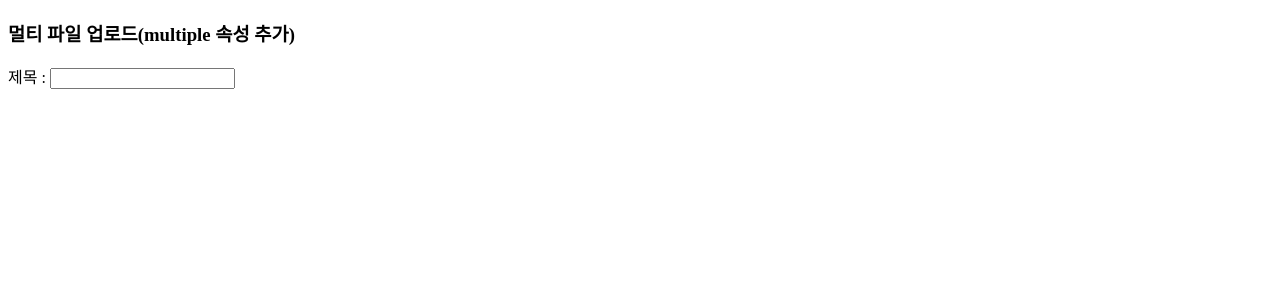
Repository: Park-Dongheon/Servlet-JSP_Training
Page: http://localhost/MustHaveJSP/13FileUpload/MultiFileUploadMain.jsp
The author's editor kept a copy of each file at every save. The page is drawn from the files as they stood at one save, then again after the next save.
The browser window is 1280 px wide. The pictures show the whole page.
The page is served by Tomcat 10.

Above is the page before, as saved 2024-06-26 08:24:02.

After the next save:
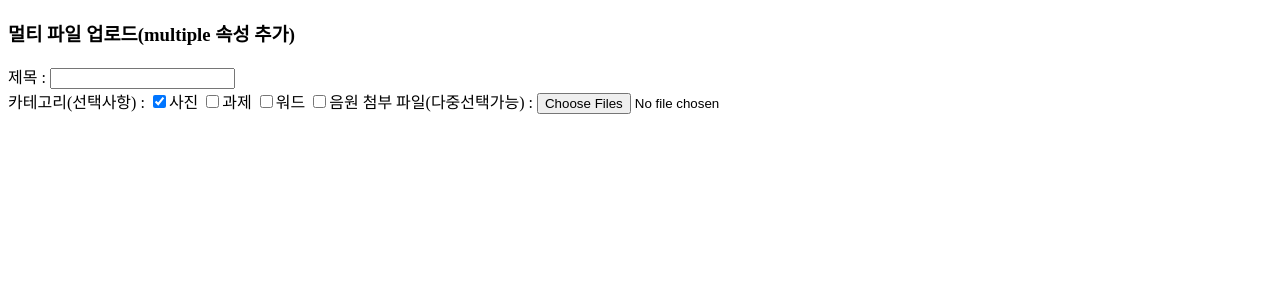
Saved 113 s later.
--- a/MustHaveJSP/src/main/webapp/13FileUpload/MultiFileUploadMain.jsp
+++ b/MustHaveJSP/src/main/webapp/13FileUpload/MultiFileUploadMain.jsp
@@ -24,6 +24,12 @@
 	<span style="color: red;">${errorMessage}</span>
 	<form name="fileForm" method="post" enctype="multipart/form-data" action="MultipleProcess.do" onsubmit="return validateForm(this);" >
 		제목 : <input type="text" name="title" /><br />
+		카테고리(선택사항) :
+			<input type="checkbox" name="cate" value="사진" checked />사진
+			<input type="checkbox" name="cate" value="과제" />과제
+			<input type="checkbox" name="cate" value="워드" />워드
+			<input type="checkbox" name="cate" value="음원" />음원
+		첨부 파일(다중선택가능) : <input type="file" name="ofile" multiple />
 	</form>
 </body>
 </html>
